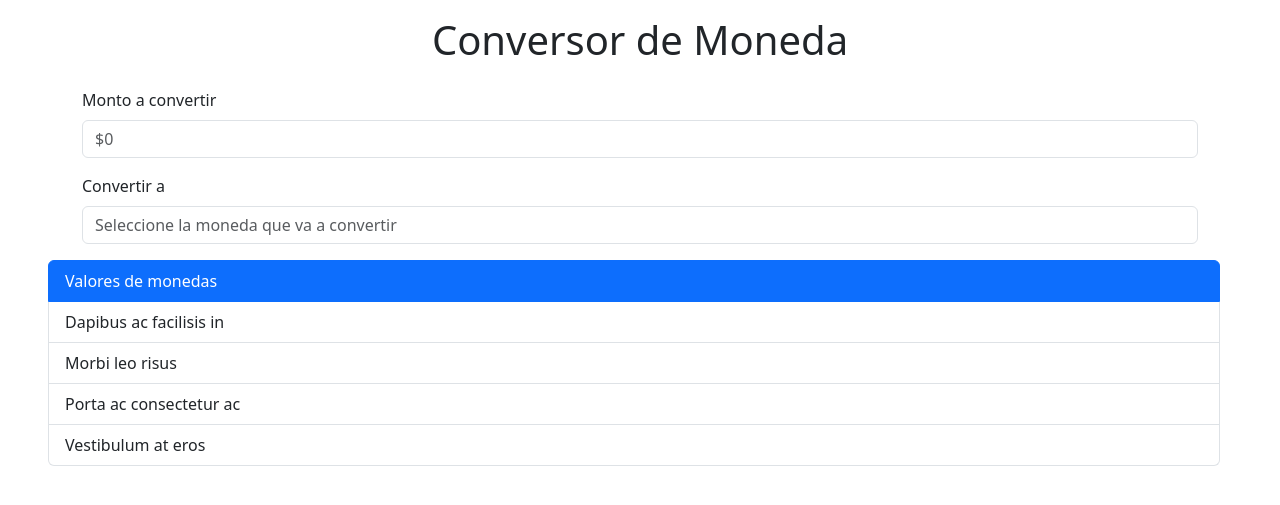
Repository: MaxiSoriano70/ALURA_Challenge_Oracle_ONE_Conversor
Page: http://localhost/conversores/WEB-INF/view/conversorDeMonedas.jsp
The author's editor kept a copy of each file at every save. The page is drawn from the files as they stood at one save, then again after the next save.
The browser window is 1280 px wide. The pictures show the whole page.
The page is served by Tomcat 10. Nobody is signed in. Other server files are loaded and not shown. The template is opened directly, without the code that normally fills it, so the values that code supplies are empty.

Above is the page before, as saved 2023-05-13 06:19:39.

### Conversor/conversores/src/main/webapp/WEB-INF/view/conversorDeMonedas.jsp
<%@ page language="java" contentType="text/html; charset=ISO-8859-1"
	pageEncoding="ISO-8859-1"%>
<!DOCTYPE html>
<html>
<head>
<meta charset="ISO-8859-1">
<title>Conversor</title>
<link
	href="https://cdn.jsdelivr.net/npm/bootstrap@5.3.0-alpha3/dist/css/bootstrap.min.css"
	rel="stylesheet"
	integrity="sha384-KK94CHFLLe+nY2dmCWGMq91rCGa5gtU4mk92HdvYe+M/SXH301p5ILy+dN9+nJOZ"
	crossorigin="anonymous">
</head>
<body>
	<div class="title text-center py-3">
		<h1>Conversor de Moneda</h1>
	</div>
	<div class="container-md">
		<div class="mb-3">
			<label for="formMonto" class="form-label">Monto a convertir </label> <input type="number" class="form-control"
				id="formMonto" placeholder="$0">
		</div>
		<div class="mb-3">
			<label for="formMoneda" class="form-label">Convertir a</label> <input class="form-control" list="datalistOptions"
				id="formMoneda" placeholder="Seleccione la moneda que va a convertir">
			<datalist id="datalistOptions">
				<option value="San Francisco">
				<option value="New York">
				<option value="Seattle">
				<option value="Los Angeles">
				<option value="Chicago">
			</datalist>
		</div>
	</div>


	<div class="row mx-5">
		<ul class="list-group">
			<li class="list-group-item active">Valores de monedas</li>
			<li class="list-group-item">Dapibus ac facilisis in</li>
			<li class="list-group-item">Morbi leo risus</li>
			<li class="list-group-item">Porta ac consectetur ac</li>
			<li class="list-group-item">Vestibulum at eros</li>
		</ul>
	</div>
	<script
		src="https://cdn.jsdelivr.net/npm/bootstrap@5.3.0-alpha3/dist/js/bootstrap.bundle.min.js"
		integrity="sha384-ENjdO4Dr2bkBIFxQpeoTz1HIcje39Wm4jDKdf19U8gI4ddQ3GYNS7NTKfAdVQSZe"
		crossorigin="anonymous"></script>
</body>
</html>

After the next save:
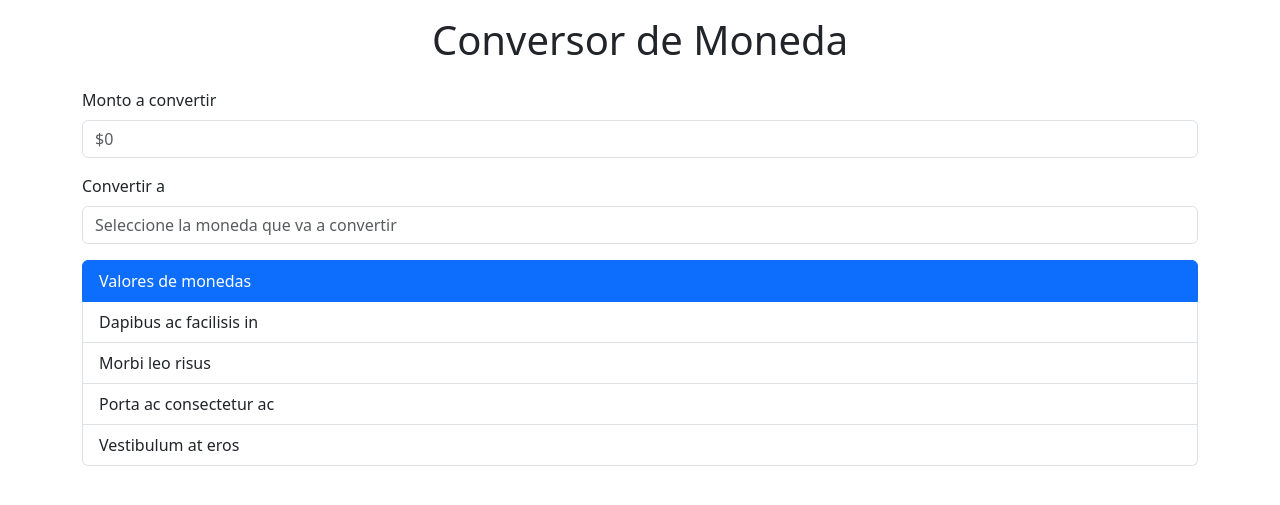
Saved 28 s later.
--- a/Conversor/conversores/src/main/webapp/WEB-INF/view/conversorDeMonedas.jsp
+++ b/Conversor/conversores/src/main/webapp/WEB-INF/view/conversorDeMonedas.jsp
@@ -34,7 +34,7 @@
 	</div>
 
 
-	<div class="row mx-5">
+	<div class="container-md">
 		<ul class="list-group">
 			<li class="list-group-item active">Valores de monedas</li>
 			<li class="list-group-item">Dapibus ac facilisis in</li>

After the save that followed:
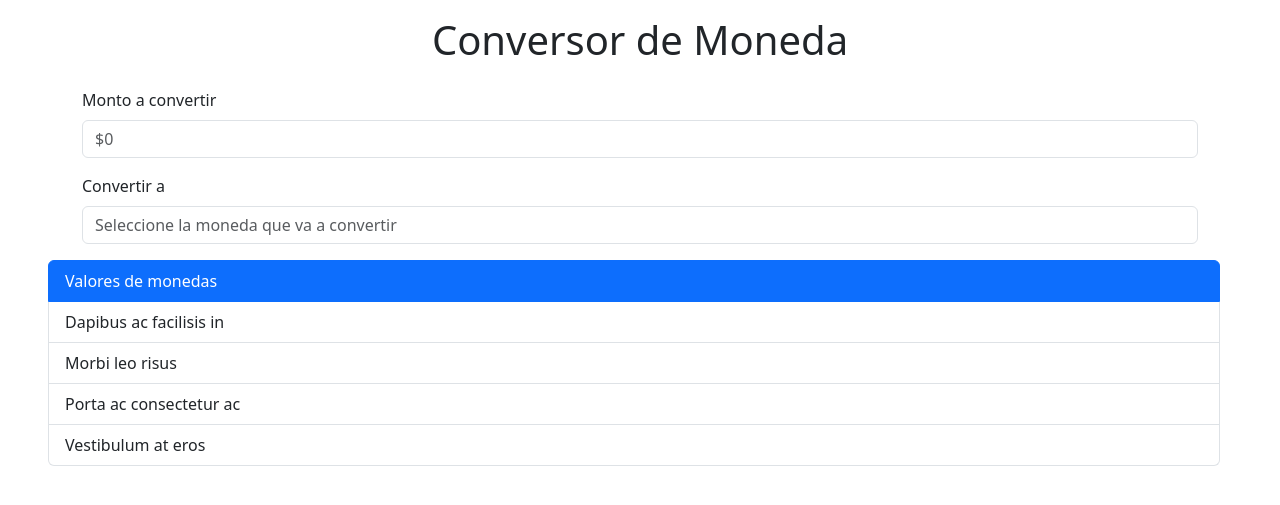
Saved 16 s later.
--- a/Conversor/conversores/src/main/webapp/WEB-INF/view/conversorDeMonedas.jsp
+++ b/Conversor/conversores/src/main/webapp/WEB-INF/view/conversorDeMonedas.jsp
@@ -34,7 +34,7 @@
 	</div>
 
 
-	<div class="container-md">
+	<div class="row mx-5">
 		<ul class="list-group">
 			<li class="list-group-item active">Valores de monedas</li>
 			<li class="list-group-item">Dapibus ac facilisis in</li>
